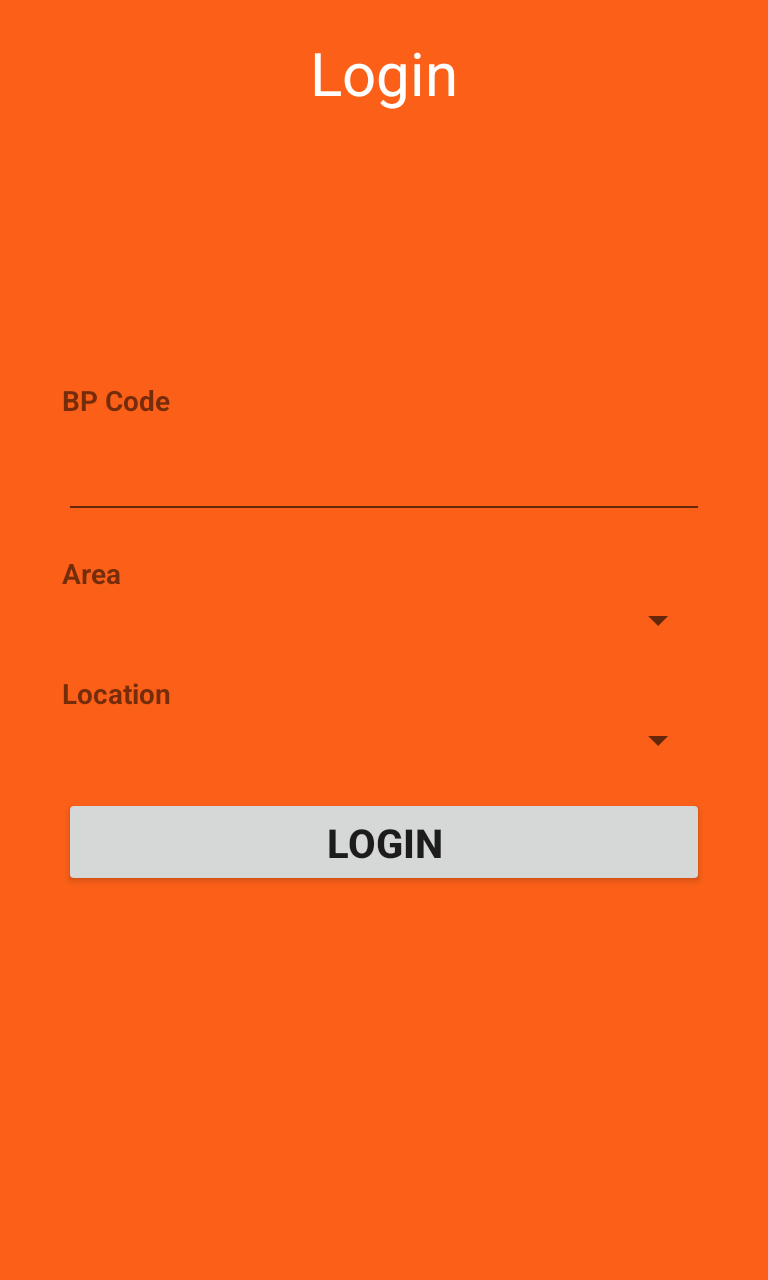
Repository: MushfiqurRahman/BLink3gApp
Layout: 3gExperience/res/layout/fragment_login.xml
An editor plug-in stored every save of this project. The layout is shown before and after the next save, followed by the edit.
It is drawn on a 768 x 1280 px phone screen (xhdpi) without system bars, with theme AppTheme; the app's code is not run.

Above is the layout before, as saved 2014-05-20 17:34:35.

### 3gExperience/res/layout/fragment_login.xml
<RelativeLayout xmlns:android="http://schemas.android.com/apk/res/android"
    xmlns:tools="http://schemas.android.com/tools"
    android:layout_width="match_parent"
    android:layout_height="match_parent"
    android:paddingBottom="@dimen/activity_vertical_margin"
    android:paddingLeft="@dimen/activity_horizontal_margin"
    android:paddingRight="@dimen/activity_horizontal_margin"
    android:paddingTop="@dimen/activity_vertical_margin"
    android:background="#FC6018"
    tools:context="com.example.gexperience.LoginActivity$PlaceholderFragment" >

    <RelativeLayout
        android:id="@+id/topMain"
        android:layout_width="fill_parent"
        android:layout_height="wrap_content" >

        <TextView
            android:layout_width="wrap_content"
            android:layout_height="wrap_content"
            android:layout_centerInParent="true"
            android:layout_marginLeft="5dip"
            android:text="Login"
            android:textColor="#ffffff"
            android:textSize="30sp" />
    </RelativeLayout>

    <LinearLayout
        android:id="@+id/LinearBottom"
        android:layout_width="fill_parent"
        android:layout_height="30dp"
        android:layout_alignParentBottom="true"
        android:gravity="bottom"
        android:orientation="vertical" >
    </LinearLayout>

    <LinearLayout
        android:id="@+id/layout_login_form"
        android:layout_width="fill_parent"
        android:layout_height="fill_parent"
        android:layout_above="@id/LinearBottom"
        android:layout_below="@id/topMain"

        android:gravity="center"
        android:orientation="vertical"
        android:paddingLeft="15dp"
        android:paddingRight="15dp" >

        <LinearLayout
            android:layout_width="fill_parent"
            android:layout_height="wrap_content"
            android:layout_gravity="left" >

            <TextView
                android:id="@+id/textView3"
                android:layout_width="wrap_content"
                android:layout_height="wrap_content"
                android:layout_marginBottom="2dp"
                android:text="@string/bp_code"
                android:textStyle="bold" />
        </LinearLayout>

        <EditText
            android:id="@+id/etPassword"
            android:layout_width="match_parent"
            android:layout_height="wrap_content"
            android:layout_marginBottom="15dp"
            android:ems="10"
            android:inputType="textPassword"
            android:textSize="25sp" />

        <LinearLayout
            android:layout_width="fill_parent"
            android:layout_height="wrap_content"
            android:layout_gravity="left" >

            <TextView
                android:id="@+id/textView1"
                android:layout_width="wrap_content"
                android:layout_height="wrap_content"
                android:layout_marginBottom="2dp"
                android:text="@string/area"
                android:textStyle="bold" />
        </LinearLayout>

        <Spinner
            android:id="@+id/spnEngineer"
            android:layout_width="match_parent"
            android:layout_height="wrap_content"
            android:layout_marginBottom="15dp"
            android:drawSelectorOnTop="true"
            android:padding="5dp"
            android:spinnerMode="dropdown"
            android:textSize="30sp" />

        <LinearLayout
            android:layout_width="fill_parent"
            android:layout_height="wrap_content"
            android:layout_gravity="left" >

            <TextView
                android:id="@+id/textView2"
                android:layout_width="wrap_content"
                android:layout_height="wrap_content"
                android:layout_marginBottom="2dp"
                android:text="@string/location"
                android:textStyle="bold" />
        </LinearLayout>

        <Spinner
            android:id="@+id/spnCompany"
            android:layout_width="match_parent"
            android:layout_height="wrap_content"
            android:layout_marginBottom="15dp"
            android:padding="5dp"
            android:spinnerMode="dropdown"
            android:textSize="30sp" />

        <Button
            android:id="@+id/btnLogin"
            android:layout_width="match_parent"
            android:layout_height="wrap_content"
            android:layout_marginBottom="15dp"
            android:text="@string/login"
            android:textSize="20sp"
            android:textStyle="bold" />
    </LinearLayout>

</RelativeLayout>

### 3gExperience/res/values/strings.xml
<?xml version="1.0" encoding="utf-8"?>
<resources>

    <string name="app_name">3gExperience</string>
    <string name="hello_world">Hello world!</string>
    <string name="action_settings">Settings</string>
    <string name="title_activity_login">LoginActivity</string>
    <string name="title_activity_survey">SurveyActivity</string>
    <string name="bp_code">BP Code</string>
    <string name="area">Area</string>
    <string name="location">Location</string>
    <string name="login">Login</string>

</resources>

Loaded but not shown: 3gExperience/res/values/styles.xml (common file); 3gExperience/res/values-v11/styles.xml (common file); 3gExperience/res/values-v14/styles.xml (common file); 3gExperience/res/values/dimens.xml (common file); 3gExperience/res/values-w820dp/dimens.xml (common file)

After the next save:
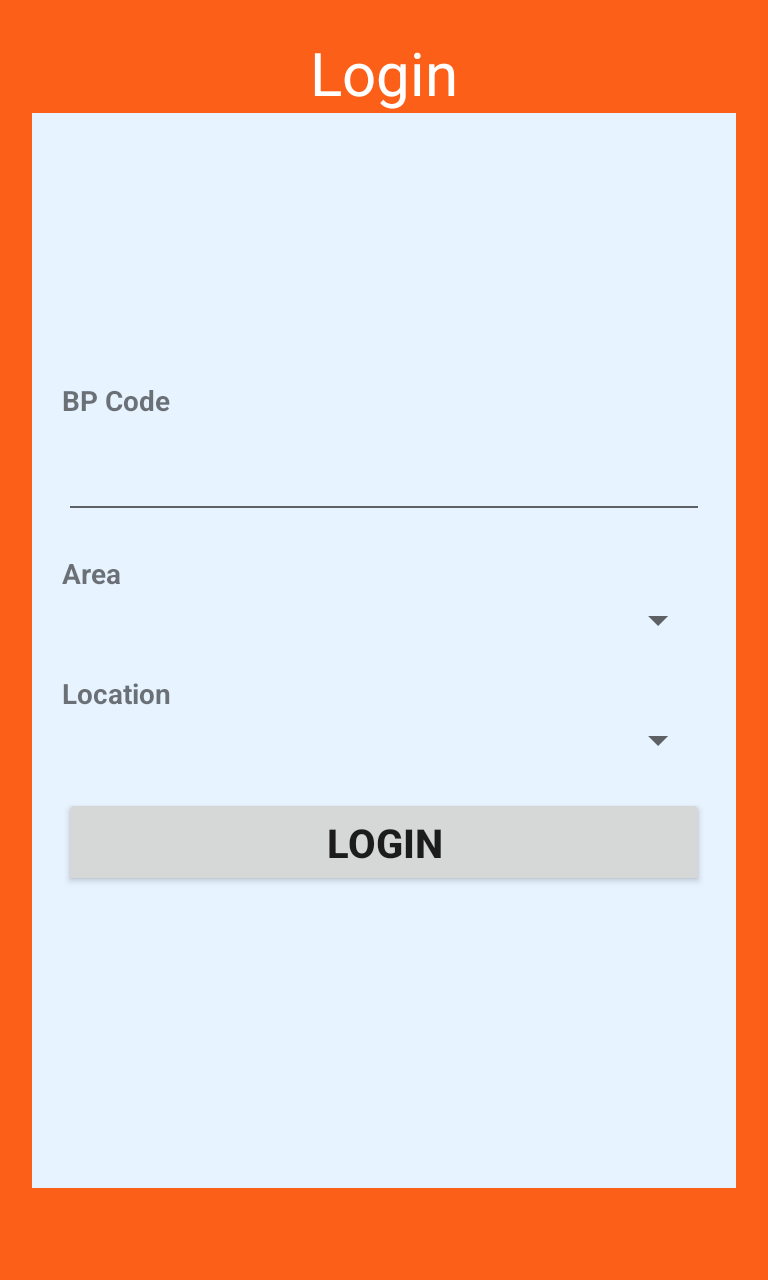
Saved 2 min 54 s later.
--- a/3gExperience/res/layout/fragment_login.xml
+++ b/3gExperience/res/layout/fragment_login.xml
@@ -39,7 +39,7 @@
         android:layout_height="fill_parent"
         android:layout_above="@id/LinearBottom"
         android:layout_below="@id/topMain"
-
+        android:background="#E7F3FF"
         android:gravity="center"
         android:orientation="vertical"
         android:paddingLeft="15dp"
